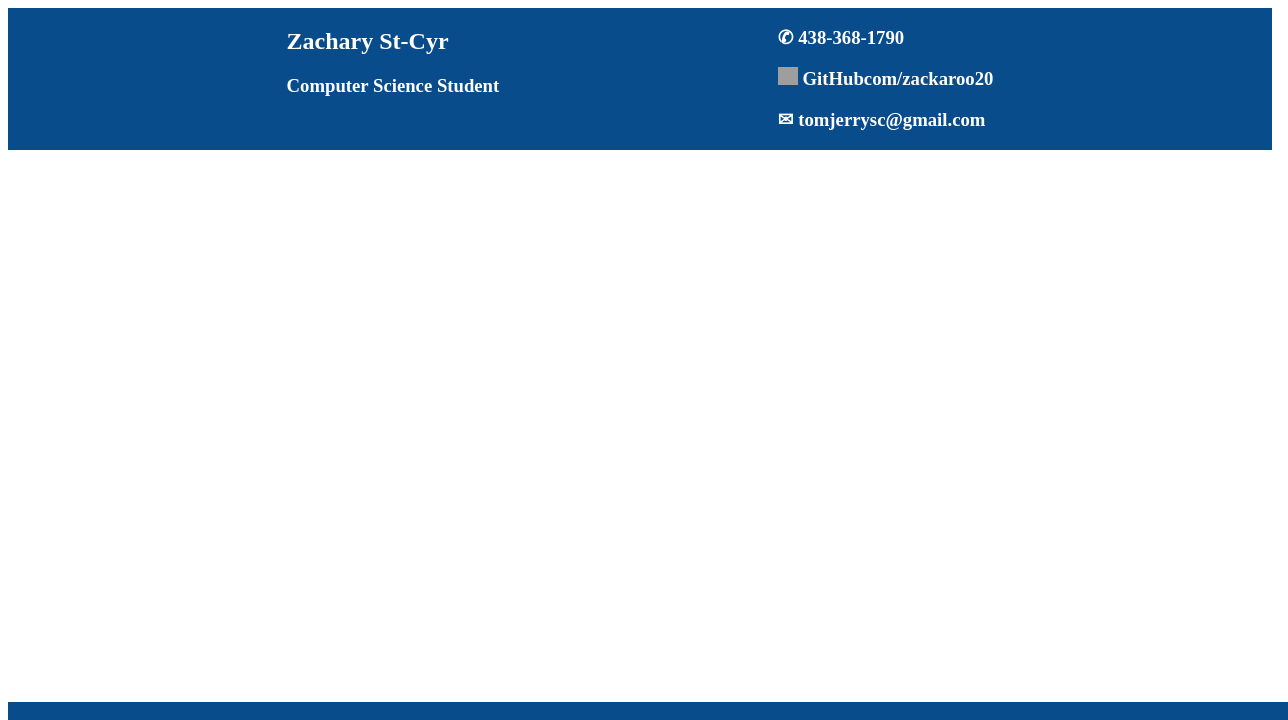
Repository: zackaroo20/Resume-CV
Page: CV.html
An editor plug-in stored every save of this project. The page is shown before and after the next save, followed by the edit.
The browser window is 1280 px wide. The page is 1288 px wide, so the pictures cover 1288 px, including what lies to the right of the window. The pictures show the whole page.
Pictures or frames that could not be fetched are drawn as grey boxes.

Above is the page before, as saved 2026-03-02 15:43:20.

After the next save:
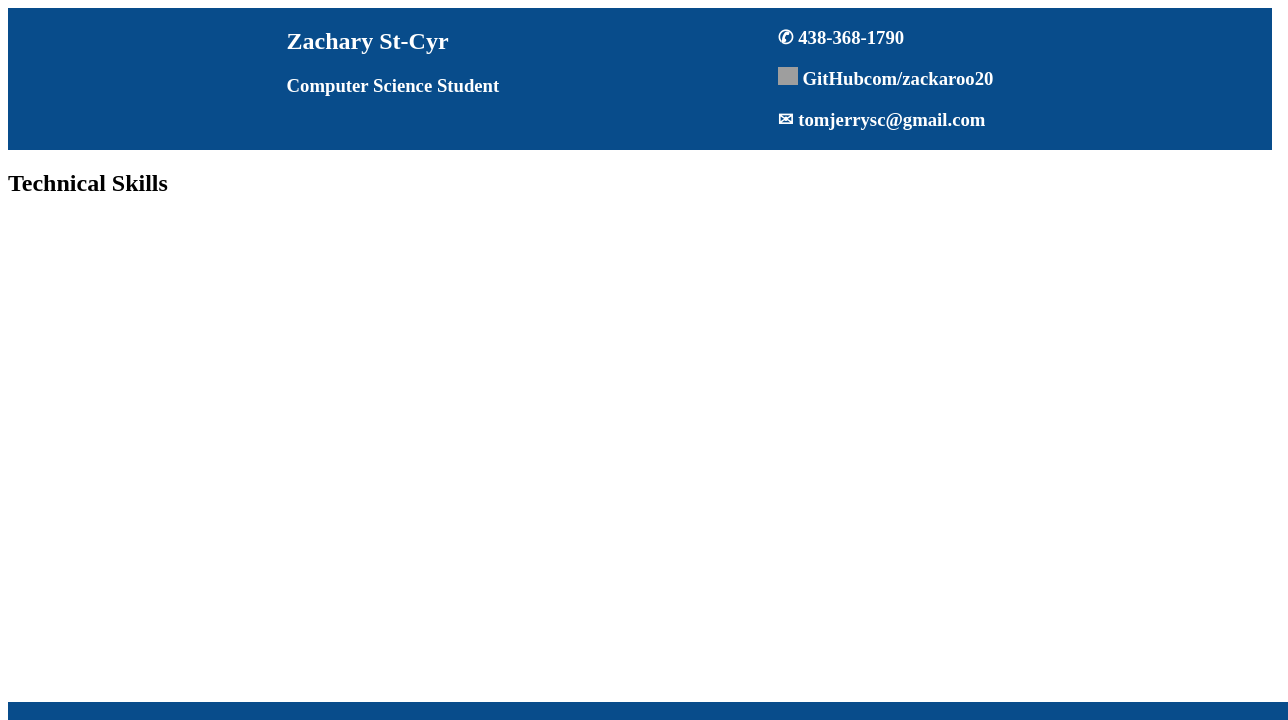
Saved 3 min 14 s later.
--- a/CV.html
+++ b/CV.html
@@ -7,7 +7,6 @@
     <link rel="stylesheet" href="CV.css">
 </head>
 <main>
-<body>
     <header>
         <section>
             <h1>Zachary St-Cyr  </h1> <h3>Computer Science Student</h3>
@@ -21,6 +20,14 @@
         </aside>
 
     </header>
+<body>
+    <div class="subdiv">
+        <h2>Technical Skills</h2>
+
+
+    </div>
+
+
 
 
 </body>
